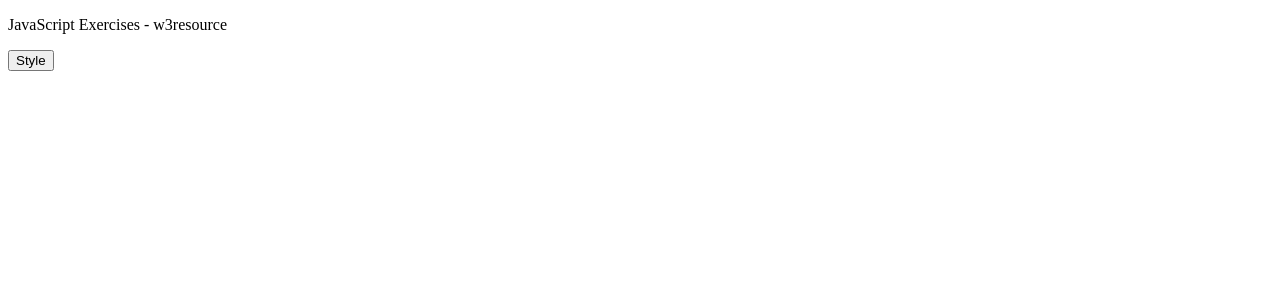
Repository: nnebuchi/stormcell_js_training
Page: dom_manipulation/exercises/task_1/index.html
An editor plug-in stored every save of this project. The page is shown before and after the next save, followed by the edit.
The browser window is 1280 px wide. The pictures show the whole page.
After loading, the first visible `#jsstyle` was clicked once.

Above is the page before, as saved 2023-02-02 22:08:37.

### dom_manipulation/exercises/task_1/index.html
<!--
    Here is a sample html file with a submit button. Now modify the style of the paragraph text through javascript code.

    Clicking on the button, the font size and the color of the paragraph text will be changed
 -->

 <!DOCTYPE html>
<html>
<head>
<meta charset=utf-8 />
<title>JS DOM paragraph style</title>
</head>

<body>
    <p id ='text'>JavaScript Exercises - w3resource</p>
    <div>
        <button id="jsstyle" onclick="js_style()">Style</button>
    </div>


    <script>
        const js_style = () =>{

        }

    </script>
</body>
</html>

After the next save:
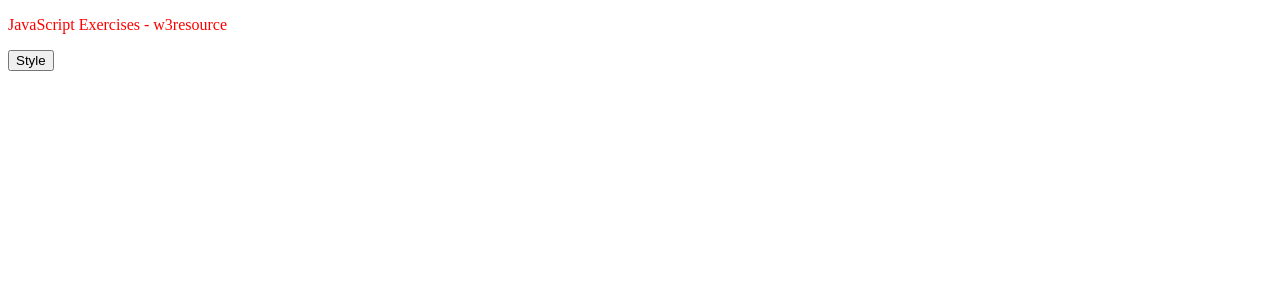
Saved 4 min 55 s later.
--- a/dom_manipulation/exercises/task_1/index.html
+++ b/dom_manipulation/exercises/task_1/index.html
@@ -20,7 +20,8 @@
 
     <script>
         const js_style = () =>{
-
+            const runtext = document.querySelector("#text")
+            runtext.style.color = "red";
         }
 
     </script>
